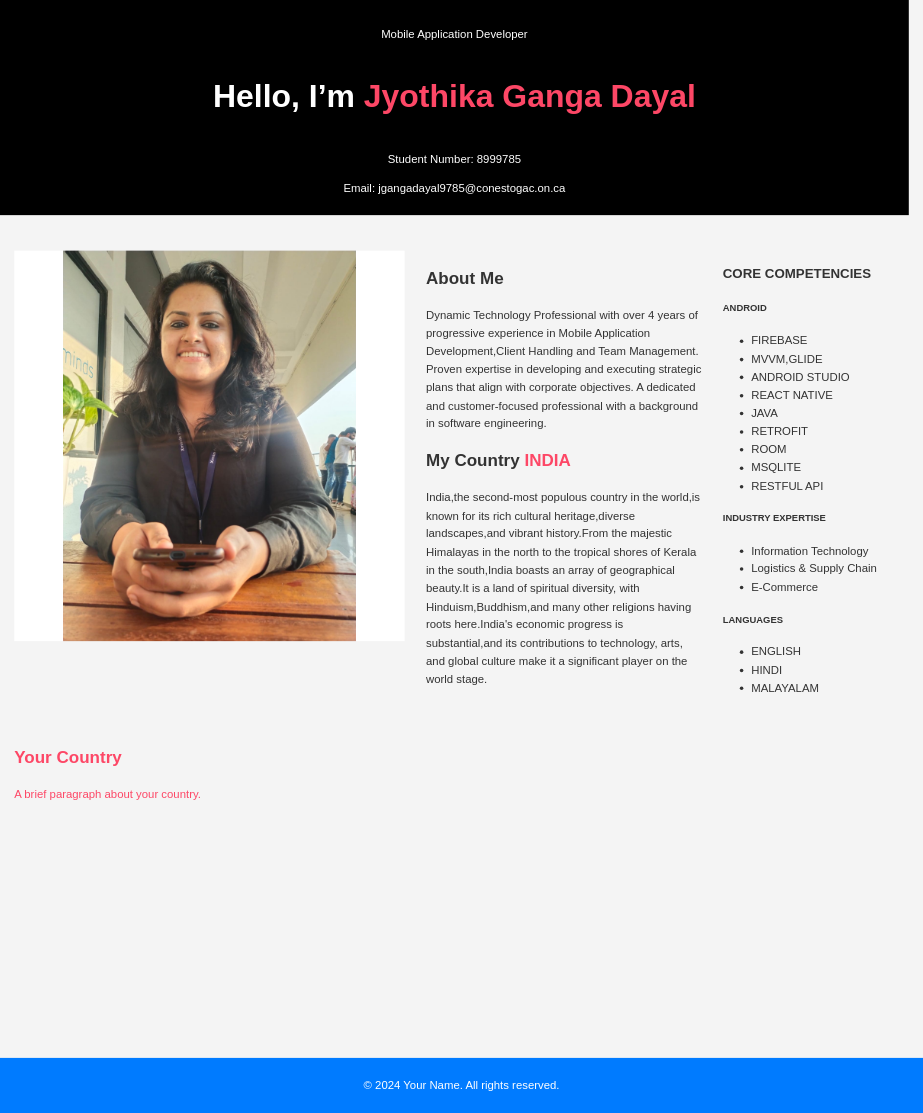
Repository: jyothika123/portfolio
Page: index.html
The author's editor kept a copy of each file at every save. The page is drawn from the files as they stood at one save, then again after the next save.
The browser window is 1280 px wide. The page is 1300 px wide, so the pictures cover 1300 px, including what lies to the right of the window. The pictures show the whole page, at 71% of full size.
Pictures or frames that could not be fetched are drawn as grey boxes.

Above is the page before, as saved 2024-09-22 17:08:18.

After the next save:
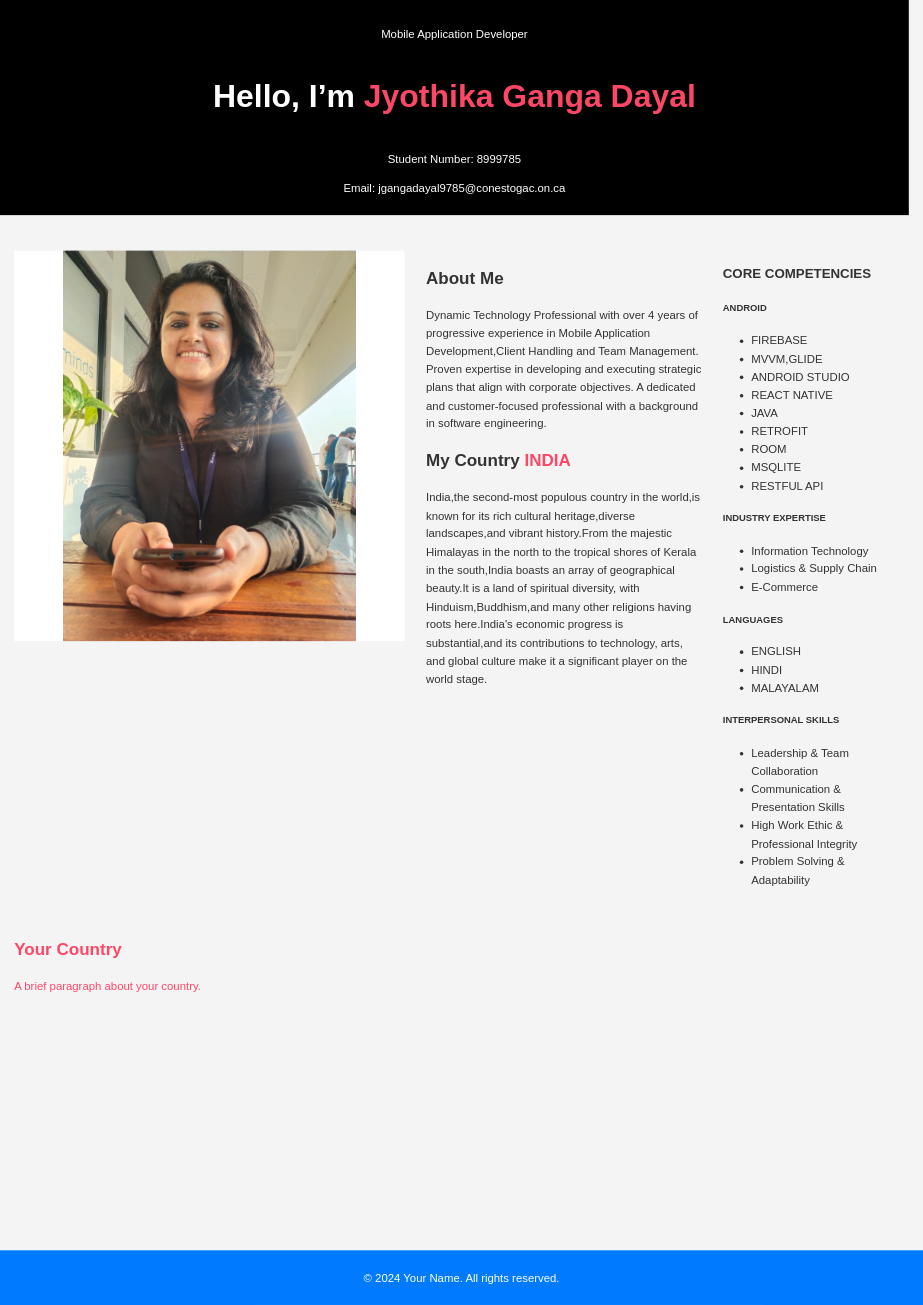
Saved 4 min 1 s later.
--- a/index.html
+++ b/index.html
@@ -61,6 +61,13 @@
                     <li>HINDI</li>
                     <li>MALAYALAM</li>
                 </ul>
+                <h5>INTERPERSONAL SKILLS</h5>
+                <ul>
+                    <li>Leadership & Team Collaboration</li>
+                    <li>Communication & Presentation Skills</li>
+                    <li> High Work Ethic & Professional Integrity</li>
+                    <li>Problem Solving & Adaptability</li>
+                </ul>
             </section>
             <section class="country">
                 <h2>Your Country</h2>
